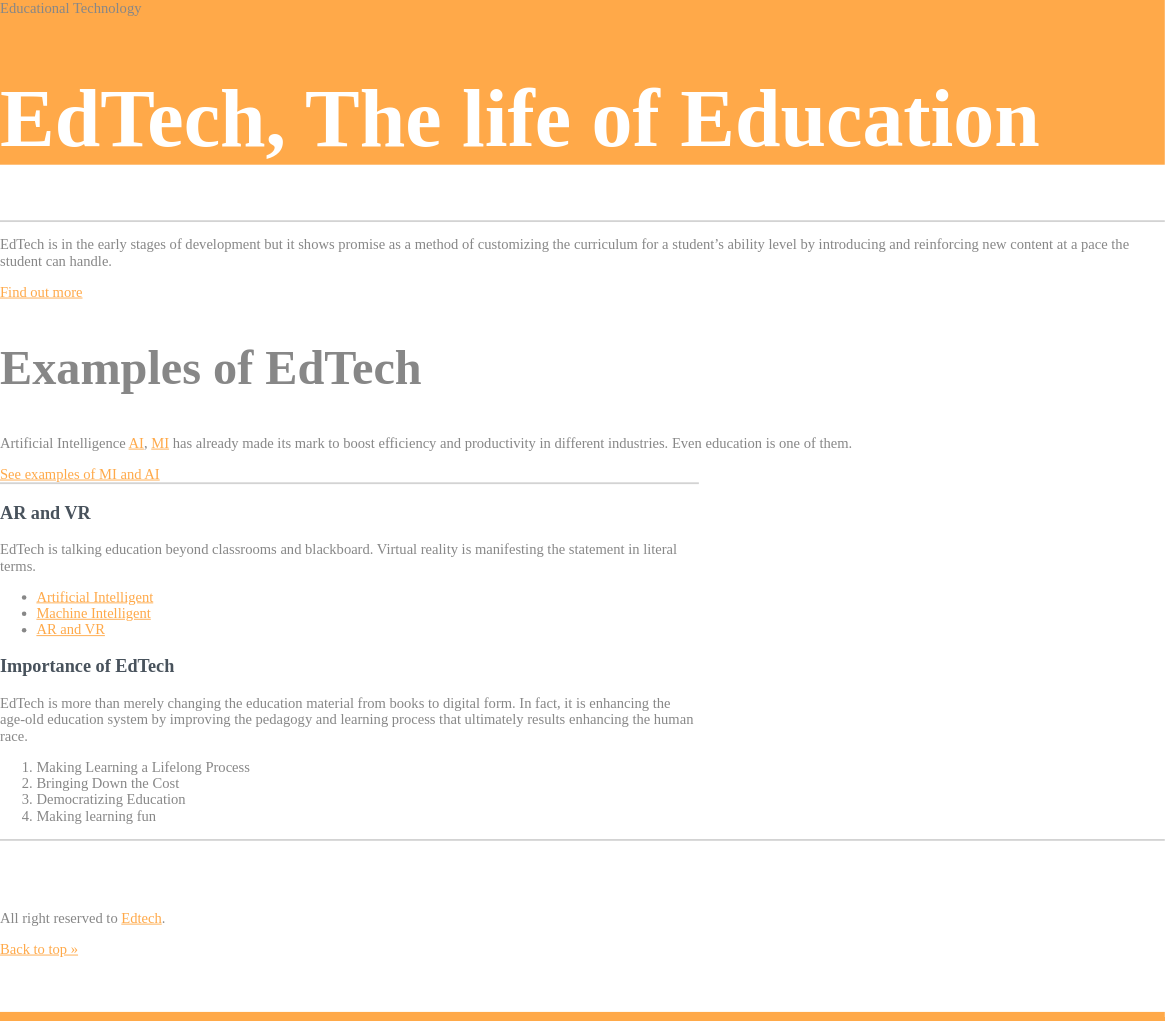
Repository: tunmishyi/edtech
Page: index.html
An editor plug-in stored every save of this project. The page is shown before and after the next save, followed by the edit.
The browser window is 1280 px wide. The pictures show the whole page, at 91% of full size.

Above is the page before, as saved 2020-06-09 23:06:26.

### index.html
<html>
	<head>
		<title>EdTech</title>
		<link rel="stylesheet" href="/home/peterolayinka/Documents/archive/tutorial/jumoke/css/style.css">
	</head>
	<body>
		<header id="top" class="main-header">
			<span class"title">Educational Technology</span>
			<h1>EdTech, The life of Education</h1>
		</header>

		<div class="primary-content, t-border">
			<p>
					EdTech is in the early stages of development but it shows promise as a method of customizing the curriculum for a student’s ability level by introducing and reinforcing new content at a pace the student can handle.
			</p>
			<a href="#more">Find out more</a>
			<h2>Examples of EdTech</h2>
			<p>
				Artificial Intelligence <a href="#">AI</a>, <a href="#">MI</a> has already made its mark to boost efficiency and productivity in different industries. Even education is one of them.
			</p>
			<a href="#" class="callout">See examples of MI and AI</a>
		</div>

		<div class="secondary-content t-border">
			<h3>AR and VR</h3>
				<p>
					EdTech is talking education beyond classrooms and blackboard. Virtual reality is manifesting the statement in literal terms.
				</p>
				<ul>
					<li><a href="#">Artificial Intelligent</a></li>
					<li><a href="#">Machine Intelligent</a></li>
					<li><a href="#">AR and VR</a></li>
				</ul>
				<h3>Importance of EdTech</h3>
				<p>
					EdTech is more than merely changing the education material from books to digital form. In fact, it is enhancing the age-old education system by improving the pedagogy and learning process that ultimately results enhancing the human race.
				</p>
				<ol>
					<li>Making Learning a Lifelong Process</li>
					<li>Bringing Down the Cost</li>
					<li>Democratizing Education</li>
					<li>Making learning fun</li>
				</ol>
			</div>

			<footer id="main-footer" class="t-border">
				<p>All right reserved to <a href="#">Edtech</a>.</p>
				<a href="#top">Back to top &raquo;</a>
			</footer>
	</body>
</html>

### style.css
/*Type Selectors */

body {
   color: #878787;
   margin: 0;
   font-size: 1em;
}

h1 {
    font-size: 5.625rem; /* 90px/16px */
    color: white;
    }

    h2 {
        font-size: 53px;
    }

    h3 {
        font-size: 20px;
        color: #48525c;
    }

    /* Pseudo Classes-------- */

    a:link {
        color: #ffa949;
    }

    a:visited {
        color: lightblue;
    }

    a:hover {
        color: forestgreen;
    }

    a:active {
        color: lightcoral;
    }

    /*ID Selectors */

    #main-footer {
        padding-top: 60px;
        padding-bottom: 60px;
        border-bottom: solid 10px #ffa949;
    }

    /*Class Selectors */

    .main-header {
        background-color: #ffa949;
       }

    .title {
        color: white;
        font-size: 1.625rem; /* 26px/16px  */
    }

    .primary-content,
    .secondary-content {
        width: 60%;
    }
    .primary-content {
        text-align: center;
    }

    .t-border {
        border-top: 2px solid lightgrey;
    }

After the next save:
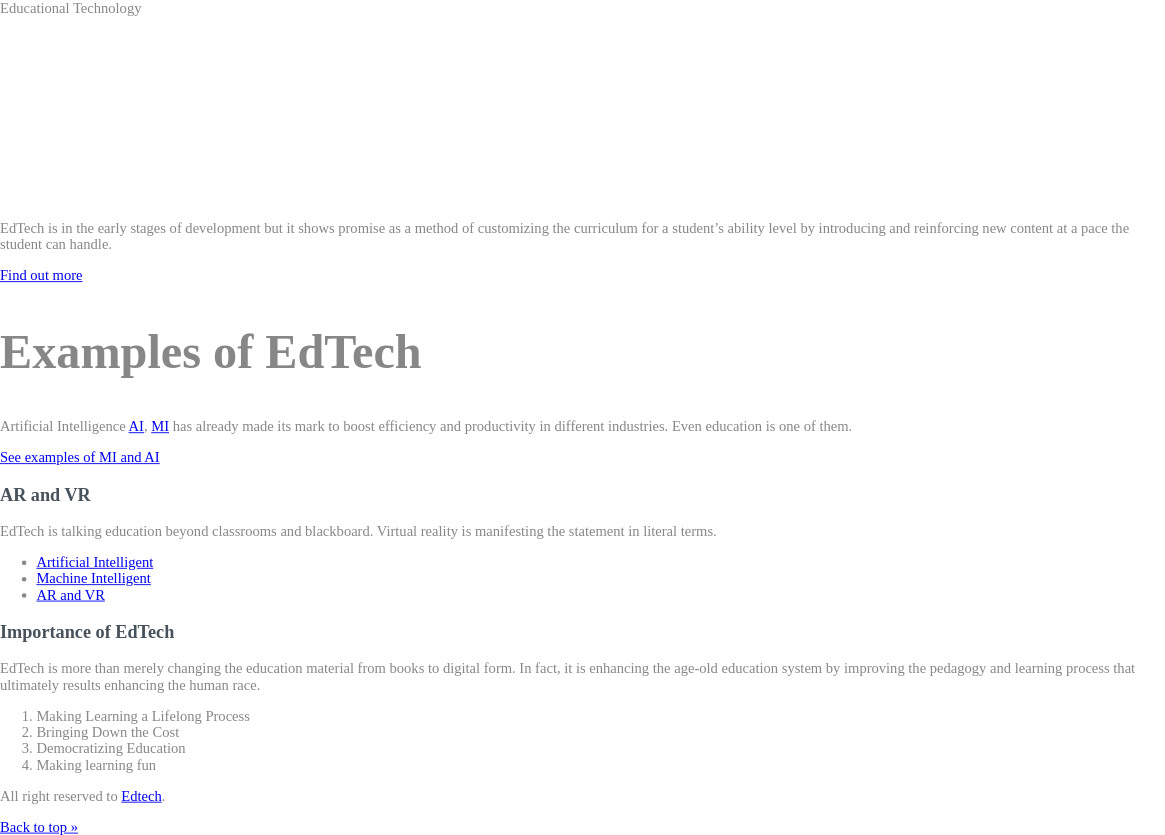
Saved 104 s later.
--- a/style.css
+++ b/style.css
@@ -23,7 +23,7 @@
     /* Pseudo Classes-------- */
 
     a:link {
-        color: #ffa949;
+        color: rgb(#ffa949;
     }
 
     a:visited {

After the 2 saves that followed:
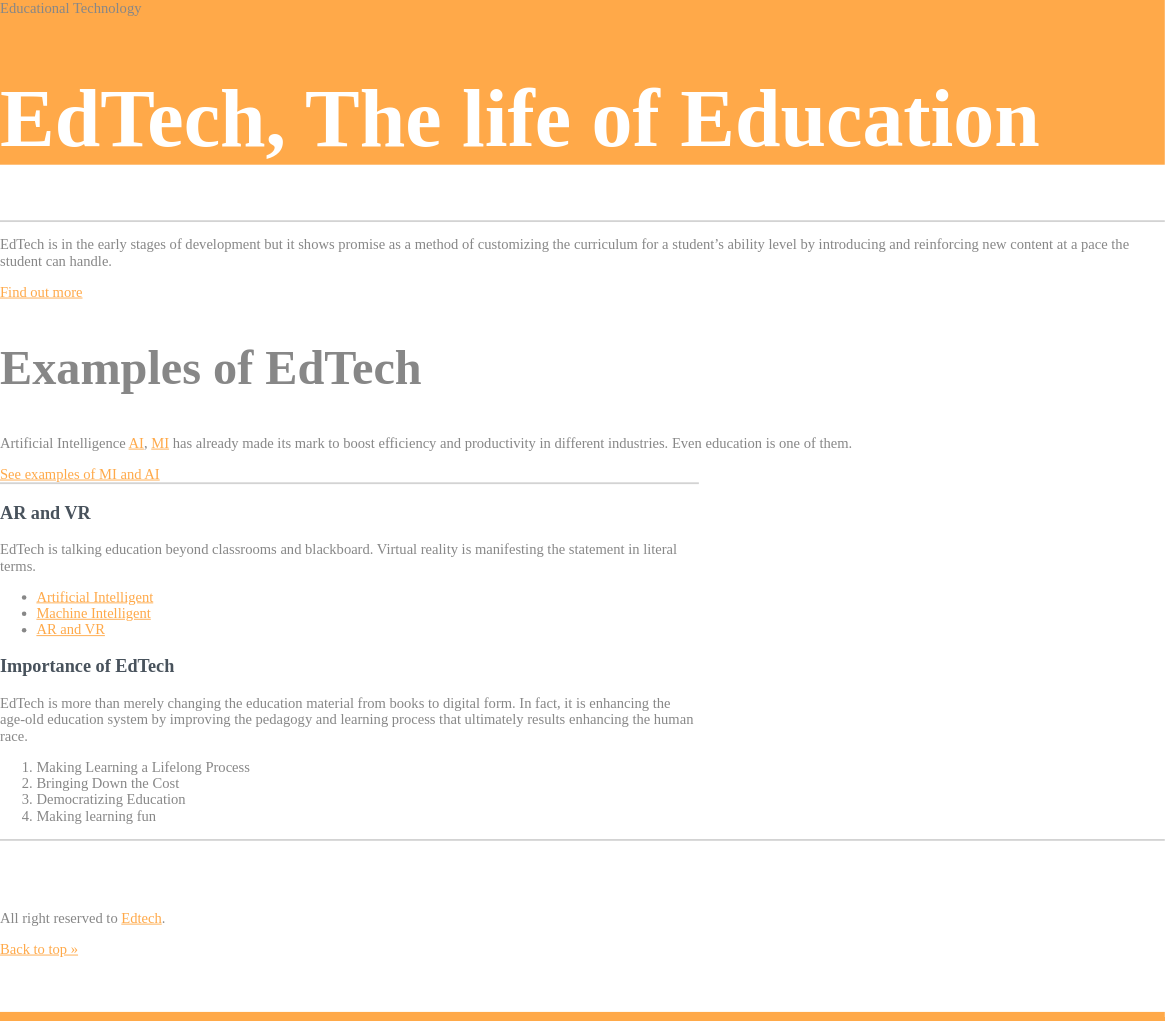
The 2 saves are shown as one change because 1 left the picture as it was.
The last was saved 2 min 44 s later.
--- a/style.css
+++ b/style.css
@@ -23,7 +23,7 @@
     /* Pseudo Classes-------- */
 
     a:link {
-        color: rgb(#ffa949;
+        color: rgb(255, 169, 73);
     }
 
     a:visited {
